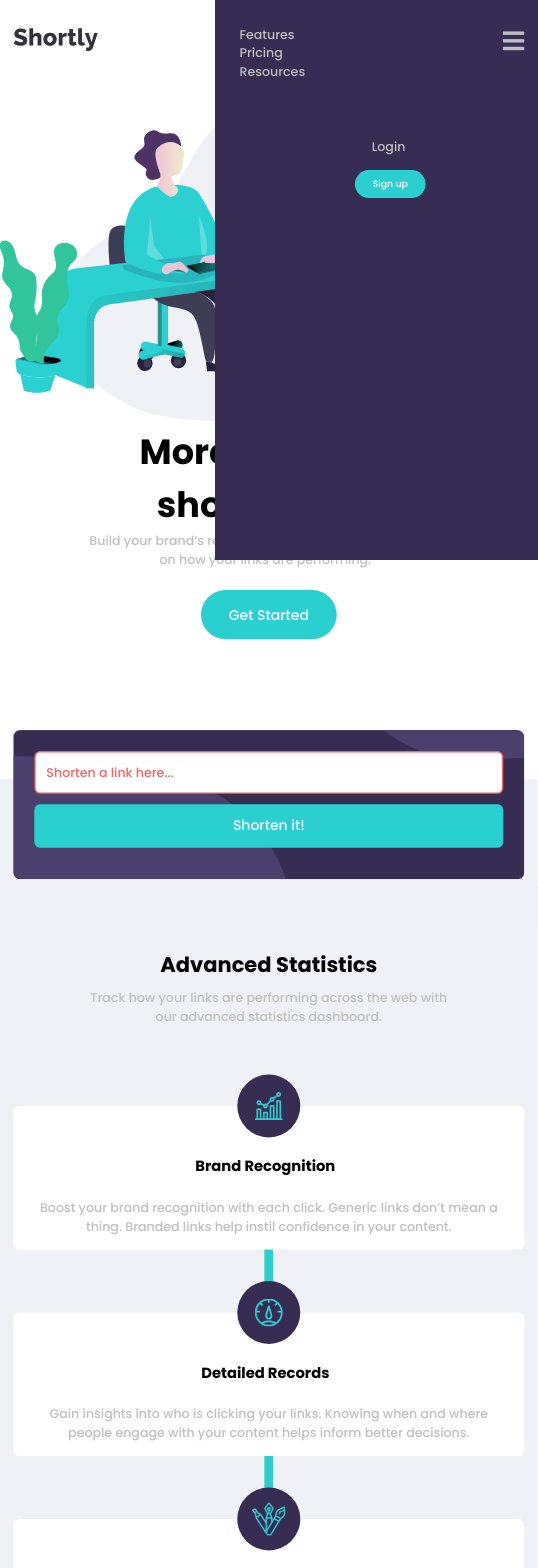
Repository: mamulini/URL-shortener
Page: index.html
An editor plug-in stored every save of this project. The page is shown before and after the next save, followed by the edit.
The browser window is 768 px wide. The pictures show the part of the page from y = 0 to 2240 px (the page is 3167 px tall), at 70% of full size.
Some web libraries are served in a nearby version. The style sheet was rebuilt from its Sass, Less or Tailwind sources for each picture, by a compiler version that may differ from the author's.

Above is the page before, as saved 2020-04-29 12:49:23.

### index.html
<!DOCTYPE html>
<html lang="en">
<head>
  <meta charset="UTF-8">
  <meta name="viewport" content="width=device-width, initial-scale=1.0"> <!-- displays site properly based on user's device -->

  <link rel="icon" type="image/png" sizes="32x32" href="./images/favicon-32x32.png">
  <link rel="stylesheet" href="https://cdnjs.cloudflare.com/ajax/libs/font-awesome/5.13.0/css/all.min.css">
  <link rel="stylesheet" href="./sass/main.css">

  <title>Frontend Mentor | Shortly URL shortening API Challenge</title>

  <!-- Feel free to remove these styles or customise in your own stylesheet 👍 -->

</head>
<body>
  <header class="header container">
    <a href="/" class="header__logo"><img src="./images/logo.svg" alt="logo">
    </a>
    <button class="nav__toggle" aria-label="toggle navigation">
      <span class="hamburger"><i class="fas fa-bars"></i></span>
    </button>
    <nav class="nav">
      <ul class="nav__list">
        <li class="nav__item"><a class="nav__link" href="#">Features</a></li>
        <li class="nav__item"><a class="nav__link" href="#">Pricing</a></li>
        <li class="nav__item"><a class="nav__link" href="#">Resources</a></li>
      </ul>
      <div class="user">
        <a class="user__login" href="#" >Login</a>
        <button class="user__sign-up btn--blue" type="button">Sign up</button>
      </div>
    </nav>
  </header>
  <main class="main">
    <div class="intro">
      <div class="intro__description">
        <h1 class="intro__title">More than just shorter links</h1>
        <p class="intro__subtitle">Build your brand’s recognition and get detailed insights
          on how your links are performing.</p>
        <button class="intro__btn btn--blue">Get Started</button>

      </div>
      <div class="intro__img">
        <img src="./images/illustration-working.svg" alt="image">
      </div>
    </div>
    <div class="shorten ">
      <div class="shorten__handler container">
        <form class="shorten__form">
          <input class="shorten__input" type="url" pattern="https://.*" value="" placeholder="Shorten a link here...">
          <button class="shorten__btn btn--blue" type="button">Shorten it!</button>

        </form>
        <p class="shorten__subtitle">&nbsp;
        </p>
      </div>
      <div class="shorten__links container"></div>
    </div>
    <div class="statistics ">
      <h2 class="statistics__title">Advanced Statistics</h2>
      <p class="statistics__subtitle">Track how your links are performing across the web with our
        advanced statistics dashboard.</p>
      <div class="blocks_wrapper container">
        <div class="blocks_wrapper__line">
        </div>
        <div class="block block--1">
          <div class="block__icon">
            <img src="./images/icon-brand-recognition.svg" alt="icon" >
          </div>
          <h3 class="block__title">Brand Recognition</h3>
          <p class="block__subtitle">Boost your brand recognition with each click. Generic links don’t
            mean a thing. Branded links help instil confidence in your content.</p>
        </div>
        <div class="block block--2">
          <div class="block__icon">
            <img src="./images/icon-detailed-records.svg" alt="icon" >
          </div>
          <h3 class="block__title">Detailed Records</h3>
          <p class="block__subtitle">Gain insights into who is clicking your links. Knowing when and where
            people engage with your content helps inform better decisions.</p>
        </div>
        <div class="block block--3">
          <div class="block__icon">
            <img src="./images/icon-fully-customizable.svg" alt="icon" >
          </div>
          <h3 class="block__title">Fully Customizable</h3>
          <p class="block__subtitle">Improve brand awareness and content discoverability through customizable
            links, supercharging audience engagement.</p>
        </div>

      </div>
    </div>
    <div class="link_booster">
      <h2 class="link_booster__title">Boost your links today</h2>
      <button class="link_booster__btn btn--blue">Get Started</button>
    </div>
  </main>
  <div class="footer">
    <div class="footer__wrapper container">
      <h2 class="footer__logo">Shortly</h2>
    <div class="footer__menu"><div class="footer__nav-wrapper">
      <h3 class="footer__nav-title">Features</h3>
      <ul class="footer__nav-list">
        <li class="footer__nav-item"><a class="footer__nav-link" href="#">Link Shortening</a></li>
        <li class="footer__nav-item"><a class="footer__nav-link" href="#">Branded Links</a></li>
        <li class="footer__nav-item"><a class="footer__nav-link" href="#">Analytics</a></li>
      </ul>
    </div>
    <div class="footer__nav-wrapper">
      <h3 class="footer__nav-title">Resources</h3>
      <ul class="footer__nav-list">
        <li class="footer__nav-item"><a class="footer__nav-link" href="#">Blog</a></li>
        <li class="footer__nav-item"><a class="footer__nav-link" href="#">Developers</a></li>
        <li class="footer__nav-item"><a class="footer__nav-link" href="#">Support</a></li>
      </ul>
    </div>
    <div class="footer__nav-wrapper">
      <h3 class="footer__nav-title">Company</h3>
      <ul class="footer__nav-list">
        <li class="footer__nav-item"><a class="footer__nav-link" href="#">About</a></li>
        <li class="footer__nav-item"><a class="footer__nav-link" href="#">Our Team</a></li>
        <li class="footer__nav-item"><a class="footer__nav-link" href="#">Careers</a></li>
        <li class="footer__nav-item"><a class="footer__nav-link" href="#">Contact</a></li>
      </ul>
    </div>
  </div>
    <div class="footer__icons-wrapper">
      <a href="#"><i class="fab fa-facebook-square footer__icon"></i></a>
      <a href="#"><i  class="fab fa-twitter footer__icon"></i></a>
      <a href="#"><i class="fab fa-pinterest footer__icon"></i></a>
      <a href="#"><i class="fab fa-instagram footer__icon"></i></a>
    </div>

    </div>
    <div class="attribution">
      Challenge by <a href="https://www.frontendmentor.io?ref=challenge" target="_blank">Frontend Mentor</a>.
      Coded by <a href="#">David mamulia</a>.
    </div>
  </div>
  <script src="./js/main.js"></script>
</body>
</html>

### JS/main.js
const input = document.querySelector('.shorten__input');
const shortenBtn = document.querySelector('.shorten__btn');

input.addEventListener("focus", () => {
    input.value = "https://";
});

class ShortLinks {
    constructor(url, shortUrl){
        this.url = url;
        this.shortUrl = shortUrl;
    }

    static render(obj){
        const content = `
            <div class="shorten__genarate">
                <span class="shorten__long-link">${obj.url}</span>
                <a class="shorten__short-link" href="${obj.shortUrl}" target="_blank">${obj.shortUrl}</a>
                <button class="shorten__copy btn--blue">Copy</button>
                <span class="shorten__close"><i class="fas fa-window-close"></i></i></span >
            </div>
        `;

        document.querySelector(".shorten__links").insertAdjacentHTML("afterbegin", content);
    }
}


let storedLinks = (JSON.parse(localStorage.getItem("locaLinks")));

if (storedLinks){
    storedLinks.forEach(link => {
        ShortLinks.render(link);
    });
}else{ storedLinks = []; }



shortenBtn.addEventListener("click", () => {
    async function inputHandle(){
        const res = await fetch("https://rel.ink/api/links/", {
            method:"POST",
            body: JSON.stringify( {url: `${input.value}`} ),
            headers: { 'Content-Type': 'application/json' }
        });

        if (res.status > 200 && res.status < 400){
            const data = await res.json();

            storedLinks.push(new ShortLinks(input.value, `https://rel.ink/${data.hashid}`));
            input.value = "";

            //save to localStorage
            localStorage.setItem("locaLinks", JSON.stringify(storedLinks));

            ShortLinks.render(storedLinks[storedLinks.length - 1]);
        }else{
            document.querySelector(".shorten__subtitle").innerText = 'Link is not valid';


            setTimeout(() => {
                document.querySelector(".shorten__subtitle").innerText = 'Please add a valid link';

            }, 2000);
        }
    }

    inputHandle();
});


input.addEventListener("keypress", e => {
    if (e.keyCode === 13) {
        e.preventDefault();
        shortenBtn.click();
    }
  });



document.querySelector(".shorten__links").addEventListener("click", (e) => {
    if (e.target.classList.contains("fa-window-close")){
        const delUrl = e.target.parentNode;
        storedLinks = storedLinks.filter(link => link.shortUrl == delUrl);
        //save to localStorage
        localStorage.setItem("locaLinks", JSON.stringify(storedLinks));
        //disappear from DOM
        e.target.parentNode.parentNode.remove();
    }
});

document.querySelector(".shorten").addEventListener("click", (e) => {
    if (e.target.innerText == "Copy"){
        //turn all copy buttons to "Copy" again (in case of they are not)
        const copyButtons = document.querySelectorAll(".shorten__handler div button");

        for (let i = 0; i < copyButtons.length; i++){
            console.log(copyButtons[i]);
            copyButtons[i].style.backgroundColor = "hsl(180, 66%, 49%)";
            copyButtons[i].innerText = "Copy";
        }

        e.target.style.backgroundColor = "hsl(257, 27%, 26%)";
        e.target.innerText = "Copied!";

        //copy shorten link to keyboard
        const copy = e.target.previousElementSibling.innerHTML;
        const input = document.createElement('textarea');
        document.body.appendChild(input);
        input.value = copy;
        input.select();
        document.execCommand('Copy');
        input.remove();
    }
});

### sass/main.scss
@import url('https://fonts.googleapis.com/css2?family=Poppins:wght@500;700&display=swap');

// colors
$text_gray: hsl(0, 0%, 75%);
$cyan_btn:  hsl(180, 66%, 49%);
$dark_bg : #372d52;
$dark_blue: #1e1a23;
$red : hsl(0, 87%, 67%);
$light_bg: #eff1f7;

* {
    padding: 0;
    margin: 0;
    box-sizing: border-box;
}

body{
    font-size: 18px;
    font-family: 'poppins', sans-serif;
    font-weight: 500;

}

img {
    max-width: 100%;
}

.container {
    max-width: 85%;
    margin: 0 auto;
    @media screen and (max-width: 860px) {
        max-width: 95%;
    }
}

.header {
    margin-top: 40px;
    margin-bottom: 40px;
    display: flex;
    justify-content: space-between;
    align-items: center;
    position: relative;
    &__logo{
        flex: 1;
        max-width: 150px;
    }
}

.nav{
    display: flex;
    justify-content: space-between;
    flex: 2;
    @media screen and (max-width: 768px) {
        padding: 35px 0 0 20px;
        flex-direction: column;
        justify-content: flex-start;
        position: fixed;
        color: $text_gray;
        top: 0;
        left: 40%;
        bottom: 0;
        right: 0;
        z-index: 5;
        transform: translateX(0%);
        transition: transform 500ms cubic-bezier(.5, 0, .5, 1 );
        background: $dark_bg;
    }

    &__list{
        display: flex;
        justify-content: space-between;
        list-style: none;
        @media screen and (max-width: 768px) {
            flex-direction: column;
        }


    }

    &__item{
        margin-left: 15px;
    }

    &__link{
        text-decoration: none;
        color: $text_gray;
        &:hover{
            color: #000000;
        }
        @media screen and (max-width: 768px) {
            &:hover{
                color: $cyan_btn;
            }
        }
    }

    &__toggle {
        background: transparent;
        border: none;
        cursor: pointer;
        z-index: 10;
        position: absolute;
        right: 0;
    }


}


.hamburger {
    font-size: 35px;
    transition: transform 250ms ease-in-out;
    color: $text_gray;
    display: none;
    @media screen and (max-width: 768px) {
        display: block;
    }

}





.user{
    @media screen and (max-width: 768px) {
        display: flex;
        flex-direction: column;
        padding: 80px 0 0 20px ;
        align-items: center;
        }

    &__login{
        color: $text_gray;
        margin-right: 30px;
        text-decoration: none;
        &:hover{
            color: #000000;
        }
        @media screen and (max-width: 768px) {
            padding: 0 0 20px 25px;
            &:hover{
                color: $cyan_btn;
            }
        }
    }
}

.btn--blue{
    padding: 10px 25px;
    border: none;
    cursor: pointer;
    display: inline-block;
    border-radius: 50px;
    background: $cyan_btn;
    outline: none;
    color: #ffffff;
    font-family: 'poppins', sans-serif;
    font-weight: 500;

    &:hover{
        opacity: .5;
    }

    &:active{
        transform: scale(0.90);
    }
}

.intro{
    display: flex;
    justify-content: space-between;
    @media screen and (max-width: 768px){
        flex-direction: column;
    }

    &__description{
        display: flex;
        flex-direction: column;
        justify-content: center;
        align-items: flex-start;
        max-width: 500px;
        margin-left: 8%;
        @media screen and (max-width: 768px){
            max-width: 70%;
            margin: 0 auto;
        }
    }

    &__title {
        font-size: 60px;
        @media screen and (max-width: 768px){
            text-align: center;
            font-size: 50px;
        }
    }

    &__subtitle {
        text-align: left;
        color: $text_gray;
        padding-right: 10px;
        @media screen and (max-width: 768px){
            text-align: center;
        }
    }

    &__btn{
        margin-top: 40px;
        padding: 12px 40px;
        @media screen and (max-width: 768px){
            margin: 30px auto;
            // width: 60%;
            padding: 20px 40px;
            font-size: 20px;
        }
    }

    &__img{
        @media screen and (max-width: 768px){
            order: -1;
        }
    }
}

.shorten{
    background: $light_bg;
    margin-top: 170px;

    &__handler{
        background-image: url('../images/bg-shorten-desktop.svg');
        background-position: center;
        background-size: cover;
        background-color: $dark_bg;
        border-radius: 10px;
        position: relative;
        top: -70px;
        margin-bottom: -60px;
    }

    &__form{
        display: flex;
        justify-content: space-between;
        align-items: center;
        padding: 50px 60px 0 60px;
        flex-wrap: wrap;
        @media screen and (max-width: 768px) {
            flex-direction: column;
            padding: 30px 30px 0 30px;

          }
    }

    &__subtitle{
        padding:10px 60px ;
        font-size: 16px;
        color: $red;
    }

    &__input{
        flex: 1;
        padding: 15px;
        border-radius: 8px;
        margin-right: 15px;
        font-family:'poppins', sans-serif;
        border: 2px solid $red;
        outline: none;
        font-size: 18px;
         &::placeholder{
            color: $red;
        }
        @media screen and (max-width: 768px) {
            width: 100%;
            margin: 0;
        }
    }

    &__btn{
        border-radius: 8px;
        padding-top: 15px;
        padding-bottom: 17px;
        @media screen and (max-width: 768px) {
            width: 100%;
            margin-top: 15px;
            font-size: 20px;
        }
    }

    &__subtitle{
        align-self: flex-end;
        @media screen and (max-width: 768px) {
            text-align: center;
        }
    }

    &__links{
        background: $light_bg;
    }



    &__genarate{
        list-style: none;
        display: flex;
        justify-content: space-between;
        align-items: center;
        background: #ffffff;
        border-radius: 8px;
        padding: 15px;
        margin-top: 20px;
        @media screen and (max-width: 768px) {
            flex-direction: column;
        }
    }

    &__long-link{
        flex: 1;
        overflow: hidden;
    }

    &__short-link{
        padding: 15px;
        color: $cyan_btn;
    }

    &__copy{
        margin-right: 10px;
        border-radius: 8px;
        padding: 8px 15px;
        @media screen and (max-width: 768px) {
            margin: 0;
            padding: 16px 30px;
            font-size: 18px;
        }

    }

    &__close{
        cursor: pointer;
        @media screen and (max-width: 768px) {
            font-size: 30px;
            margin-top: 20px;
        }

    }
}

.statistics{
    background: $light_bg;
    text-align: center;
    padding-top: 90px;
    padding-bottom: 100px;


    &__title {
        font-size: 30px;
    }
    &__subtitle{
        max-width: 520px;
        margin: 10px auto;
        color: $text_gray;
    }
}

.blocks_wrapper {
    display: flex;
    justify-content: space-between;
    flex-wrap: wrap;
    background: $light_bg;
    margin-top: 100px;
    @media screen and (max-width: 768px) {
        flex-direction: column;
        flex-wrap: unset;
        text-align: center;
    }
}

.block{
    flex: 0 0 calc(33% - 1.5%);
    background: #ffffff;
    height: 30%;
    text-align: left;
    border-radius: 8px;
    z-index: 1;



    &--2{
        margin-top: 45px;
        @media screen and (max-width: 768px) {
            margin-top: 90px;
        }


    }
    &--3{
        margin-top: 90px;
    }
    &__icon{
        background: $dark_bg ;
        padding: 20px;
        border-radius: 100%;
        display: inline-block;
        width: 90px;
        height: 90px;
        display: flex;
        justify-content: center;
        align-items: center;
        margin-left: 30px;
        transform:translateY(-45px);
        @media screen and (max-width: 768px) {
            margin: 0 auto;
        }
    }
    &__title{
        padding:0 30px 30px 20px;
        margin-top: -20px;
        @media screen and (max-width: 768px) {
            text-align: center;
        }
    }
    &__subtitle{
        padding: 0 20px 20px;
        line-height: 1.5;
        color: $text_gray;
        @media screen and (max-width: 768px) {
            text-align: center;
        }
    }
}

.blocks_wrapper__line{
    background: $cyan_btn;
    height:  8px;
    transform:translateY(165px);
    position: relative;
    flex: 100%;
    @media screen and (max-width: 768px) {
        z-index: 0;
        height: 700px;
        transform: translateY(140px);
        top: 650px;
        width: 12px;
        border: 5px solid $cyan_btn;
        margin: 0 auto;
        justify-self: center;
        flex: none;
        margin-top: -685px;


    }

}

.link_booster{
    text-align: center;
    background: $dark_bg url('../images/bg-boost-desktop.svg') no-repeat center;
    height: 230px;

    &__title{
        color: #ffffff;
        padding-top: 50px;
        font-size: 35px;
    }
    &__btn{
        margin-top: 30px;
        font-size: 20px;
        &:hover{
            opacity: .7;
        }
    }
}


.footer{
    background: $dark_blue;

    &__wrapper{
        padding-top: 50px;
        display: flex;
        justify-content: space-between;
        @media screen and (max-width: 768px) {
            flex-direction: column;
            align-items: center;

        }


    }

    &__menu{
        display: flex;
        flex: 2;
        @media screen and (max-width: 600px) {
            flex-direction: column;
            margin-bottom: 50px;

        }
    }

    &__logo {
        color: #ffffff;
        flex: 1;
        transform: translateY(-10px);
        @media screen and (max-width: 1100px) and (min-width: 970px) {
            flex: .7;
        }
        @media screen and (max-width: 768px) {
            margin-bottom: 50px;

        }

    }

    &__nav-wrapper{
        margin-bottom: 40px;
        margin-left: 55px;
    }

    &__nav-list{
        list-style: none;

    }

    &__nav-item {
        padding-top: 10px;
    }

    &__nav-title{
        color: #ffffff;
        padding-bottom: 10px;
        font-size: 18px;

    }

    &__nav-link{
        text-decoration: none;
        color: $text_gray;
        margin-top: 30px;
        &:hover{
            color: $cyan_btn;
        }
    }

    &__icons-wrapper{
        margin-left: 50px;
        flex: 1;
        @media screen and (max-width: 1100px) and (min-width: 970px) {
            flex: .5;
        }
    }

    &__icon{
        color: #ffffff;
        padding-right: 20px;
        padding-bottom: 20px;
        font-size: 30px;

        &:hover{
            color: $cyan_btn;
        }
    }
}

.attribution { font-size: 11px; text-align: center; color: $text_gray; padding: 15px; }
.attribution a { color: hsl(228, 45%, 44%); }

After the next save:
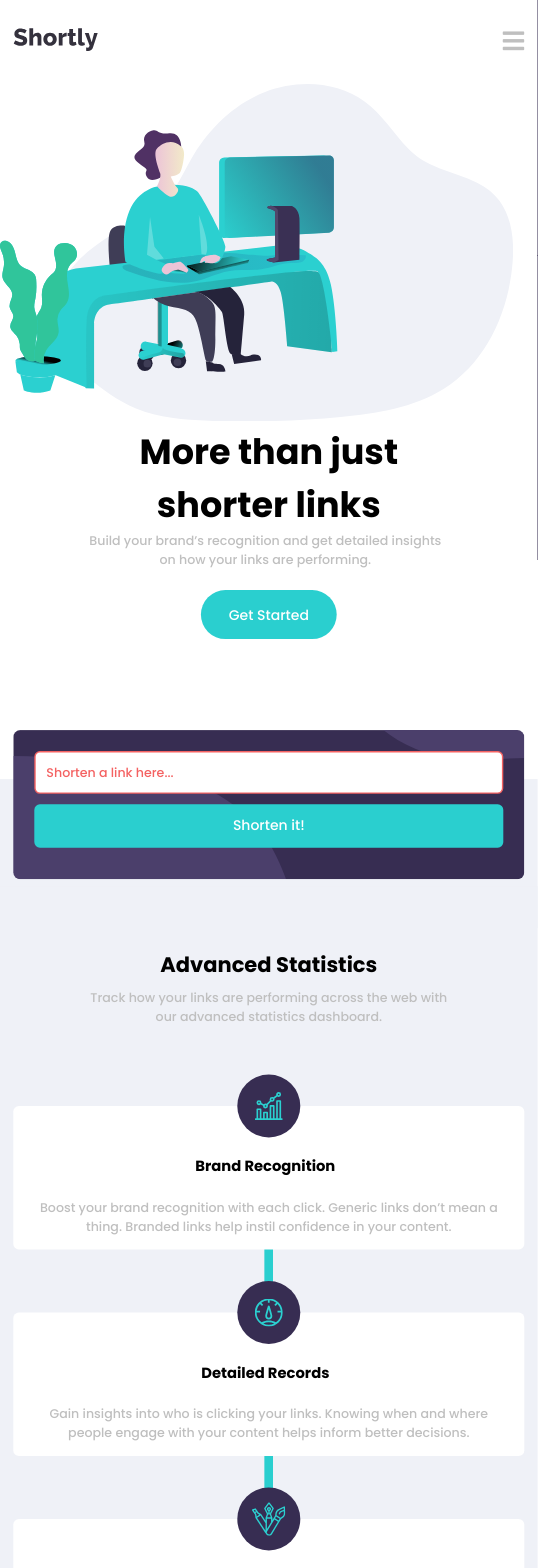
Saved 29 s later.
--- a/sass/main.scss
+++ b/sass/main.scss
@@ -61,7 +61,7 @@ img {
         bottom: 0;
         right: 0;
         z-index: 5;
-        transform: translateX(0%);
+        transform: translateX(100%);
         transition: transform 500ms cubic-bezier(.5, 0, .5, 1 );
         background: $dark_bg;
     }
